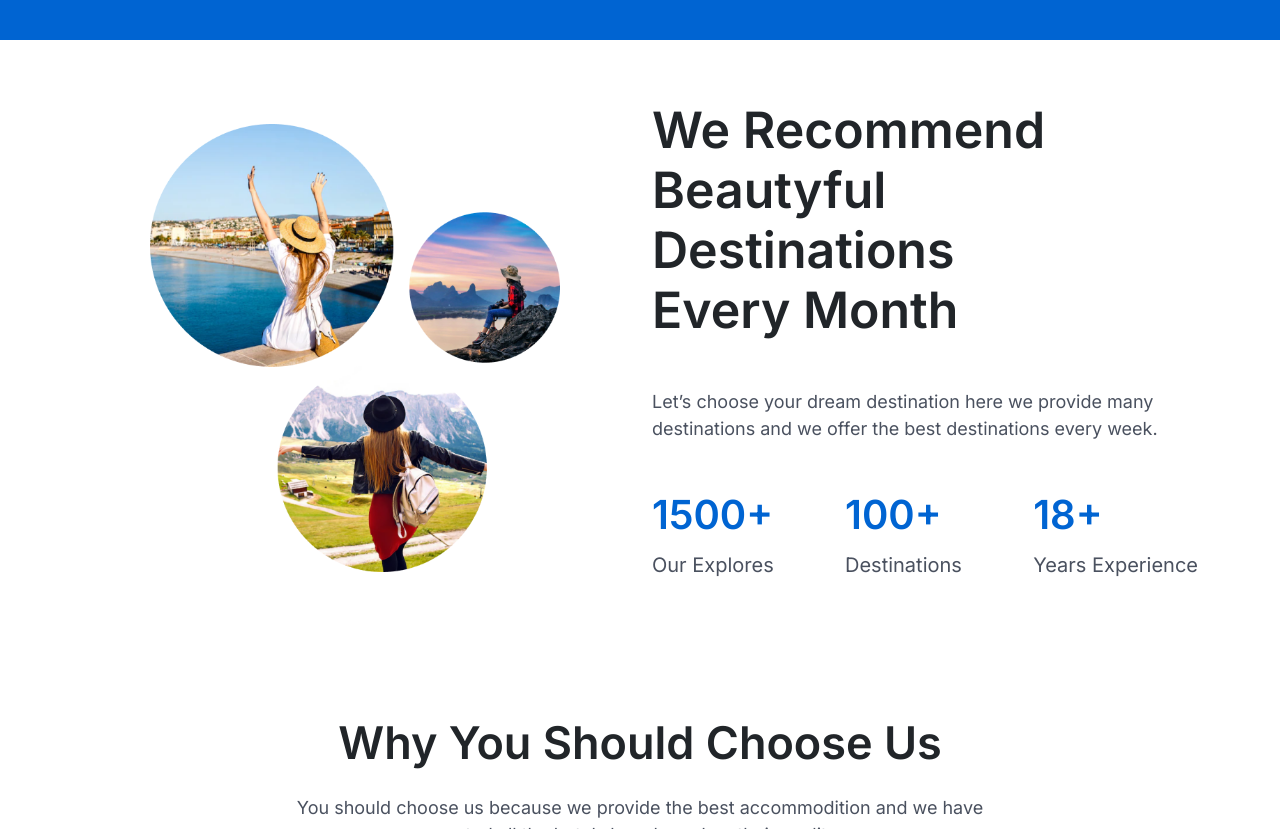
Repository: nazmulalok/travel-landing-page
Page: index.html
These files come from the project's save history. The page is drawn as it stood at one moment and after the next save; the edit follows.
The browser window is 1280 px wide. The pictures show the part of the page from y = 624 to 1453 px (the page is 4567 px tall before and 4519 px after).
A picture or video elsewhere on the page could not be fetched, so the positions and the page height are approximate.

Above is the page before, as saved 2022-11-06 20:04:36.

After the next save:
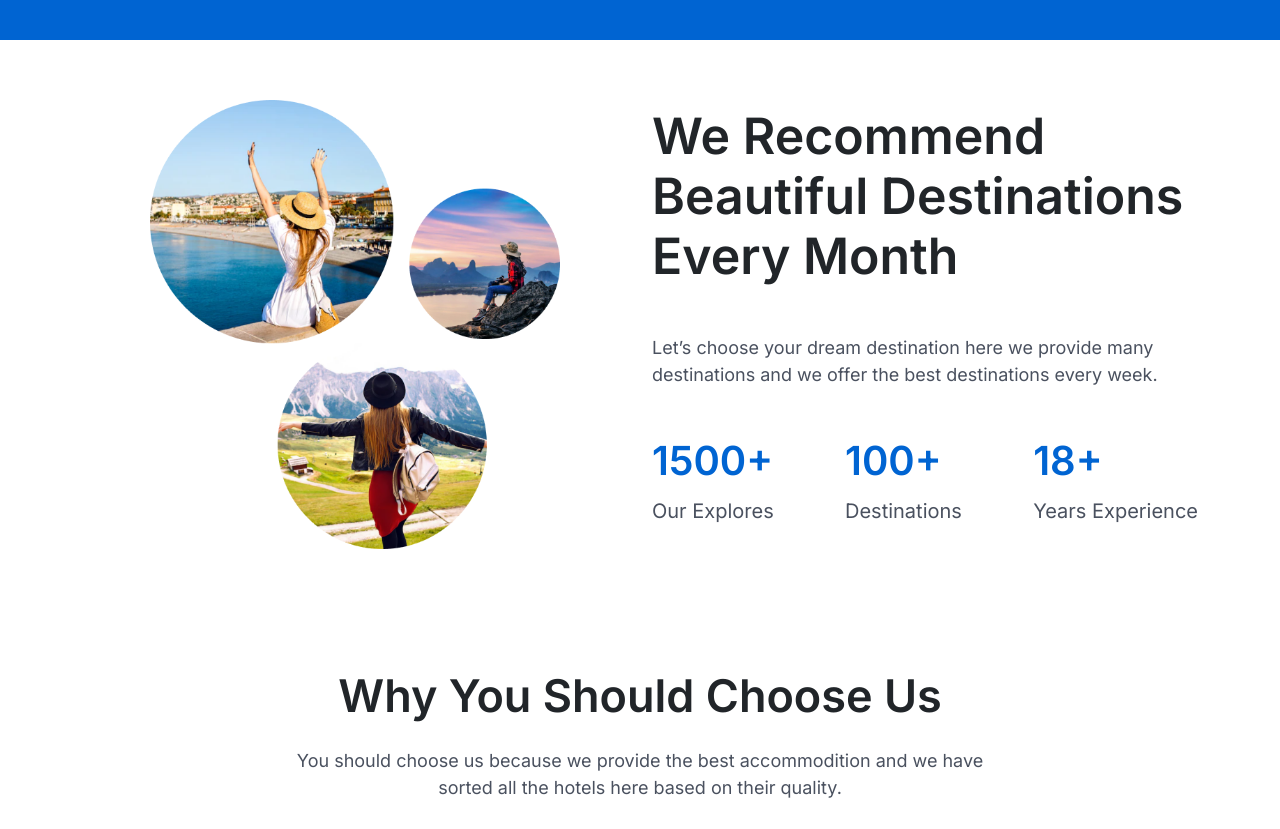
Saved 9 min 1 s later.
--- a/index.html
+++ b/index.html
@@ -78,7 +78,7 @@
                         </div>
                     </div>
                     <div class="col-lg-6">
-                        <h1 class="mb-5">We Recommend <br> Beautyful Destinations<br> Every Month</h1>
+                        <h1 class="mb-5">We Recommend <br> Beautiful Destinations<br> Every Month</h1>
                         <p>Let’s choose your dream destination here we provide many destinations and we offer the best
                             destinations every week.</p>
                         <div class="d-flex justify-content-between destination-sec mt-5">
